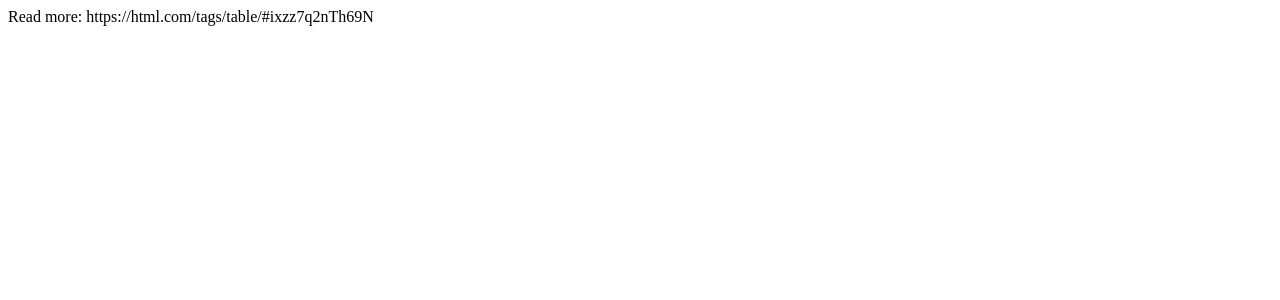
Repository: vgoins-RA2022/HTML-2
Page: index.html
These files come from the project's save history. The page is drawn as it stood at one moment and after the next save; the edit follows.
The browser window is 1280 px wide. The pictures show the whole page.

Above is the page before, as saved 2023-01-10 18:33:15.

After the next save:
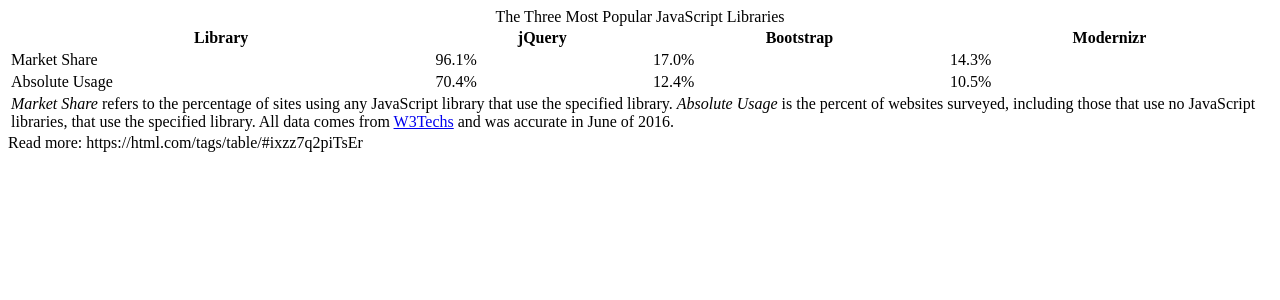
Saved 51 s later.
--- a/index.html
+++ b/index.html
@@ -12,7 +12,9 @@
     </header>
 
 <body>
-  Read more: https://html.com/tags/table/#ixzz7q2nTh69N
+  <table> <caption>The Three Most Popular JavaScript Libraries</caption> <thead> <tr> <th>Library</th> <th>jQuery</th> <th>Bootstrap</th> <th>Modernizr</th> </tr> </thead> <tbody> <tr> <td>Market Share</td> <td>96.1%</td> <td>17.0%</td> <td>14.3%</td> </tr> <tr> <td>Absolute Usage</td> <td>70.4%</td> <td>12.4%</td> <td>10.5%</td> </tr> </tbody> <tfoot> <tr> <td colspan="4"><em>Market Share</em> refers to the percentage of sites using any JavaScript library that use the specified library. <em>Absolute Usage</em> is the percent of websites surveyed, including those that use no JavaScript libraries, that use the specified library. All data comes from <a href="https://w3techs.com/technologies/overview/javascript_library/all" target="_blank">W3Techs</a> and was accurate in June of 2016.</td> </tr> </tfoot> </table>
+
+Read more: https://html.com/tags/table/#ixzz7q2piTsEr
 
 </body>
 

After the save that followed:
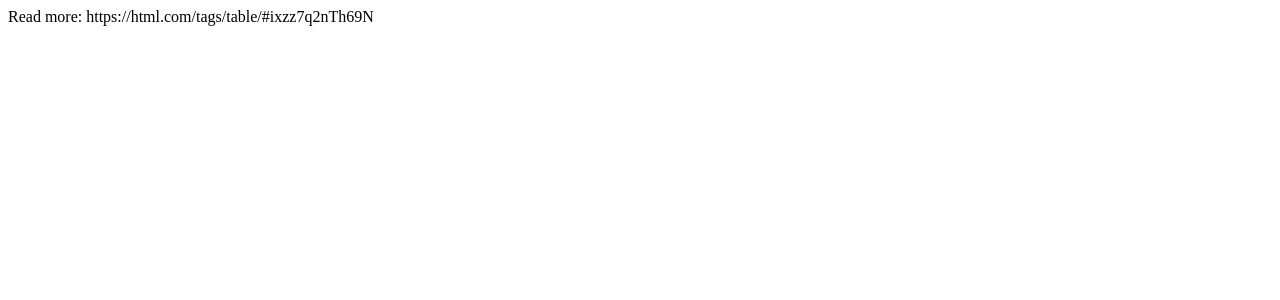
Saved 5 s later.
--- a/index.html
+++ b/index.html
@@ -12,9 +12,7 @@
     </header>
 
 <body>
-  <table> <caption>The Three Most Popular JavaScript Libraries</caption> <thead> <tr> <th>Library</th> <th>jQuery</th> <th>Bootstrap</th> <th>Modernizr</th> </tr> </thead> <tbody> <tr> <td>Market Share</td> <td>96.1%</td> <td>17.0%</td> <td>14.3%</td> </tr> <tr> <td>Absolute Usage</td> <td>70.4%</td> <td>12.4%</td> <td>10.5%</td> </tr> </tbody> <tfoot> <tr> <td colspan="4"><em>Market Share</em> refers to the percentage of sites using any JavaScript library that use the specified library. <em>Absolute Usage</em> is the percent of websites surveyed, including those that use no JavaScript libraries, that use the specified library. All data comes from <a href="https://w3techs.com/technologies/overview/javascript_library/all" target="_blank">W3Techs</a> and was accurate in June of 2016.</td> </tr> </tfoot> </table>
-
-Read more: https://html.com/tags/table/#ixzz7q2piTsEr
+  Read more: https://html.com/tags/table/#ixzz7q2nTh69N
 
 </body>
 
